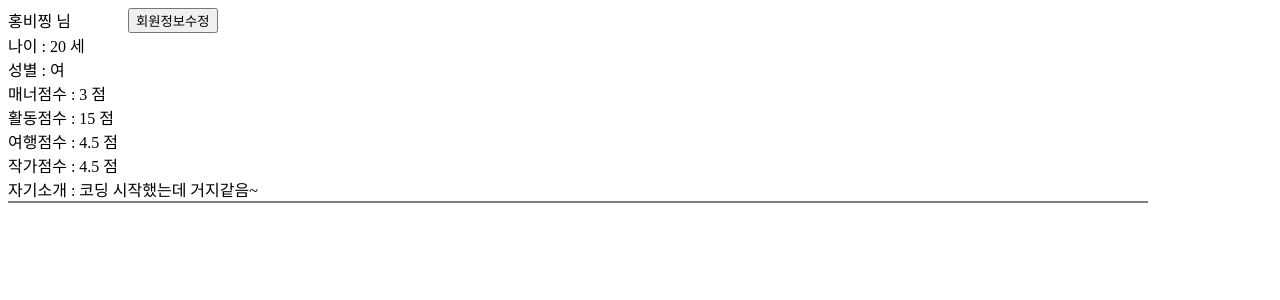
Repository: yhj4130/FinalProject
Page: http://localhost/TogatherProject/WEB-INF/tiles/layout/profile.jsp
These files come from the project's save history. The page is drawn as it stood at one moment and after the next save; the edit follows.
The browser window is 1280 px wide. The pictures show the whole page.
The page is served by Tomcat 9. Nobody is signed in. Other server files are loaded and not shown. The template is opened directly, without the code that normally fills it, so the values that code supplies are empty.

Above is the page before, as saved 2019-07-10 08:15:54.

### TogatherProject/src/main/webapp/WEB-INF/tiles/layout/profile.jsp
<%@ page language="java" contentType="text/html; charset=UTF-8"
	pageEncoding="UTF-8"%>


<div class="panel">
	<div class="panel-body">
		<div class="panel-top">
			<div style="width: 120px; float: left;"><span>홍비찡 님</span></div>
			<div class="modifyMy">
				<input type="button" onmouseout="change2(this)"
					onmouseover="change1(this)" value="회원정보수정" class="modifyB">
			</div>
		</div>
		<div class="panel-center">
			<div class="panel-info">
				<span>나이 : 20 세</span>
			</div>
			<div class="panel-info">
				<span>성별 : 여</span>
			</div>
			<div class="panel-info">
				<span>매너점수 : 3 점</span>
			</div>
			<div class="panel-info">
				<span>활동점수 : 15 점</span>
			</div>
			<div class="panel-info">
				<span>여행점수 : 4.5 점</span>
			</div>
			<div class="panel-info">
				<span>작가점수 : 4.5 점</span>
			</div>
		</div>
		<div class="panel-bottom">
			<div class="intro">
				<span>자기소개 : 코딩 시작했는데 거지같음~</span>
			</div>
		</div>

	</div>

	<div style="width: 1140px; border-top: 2px solid gray;"></div>
</div>

After the next save:
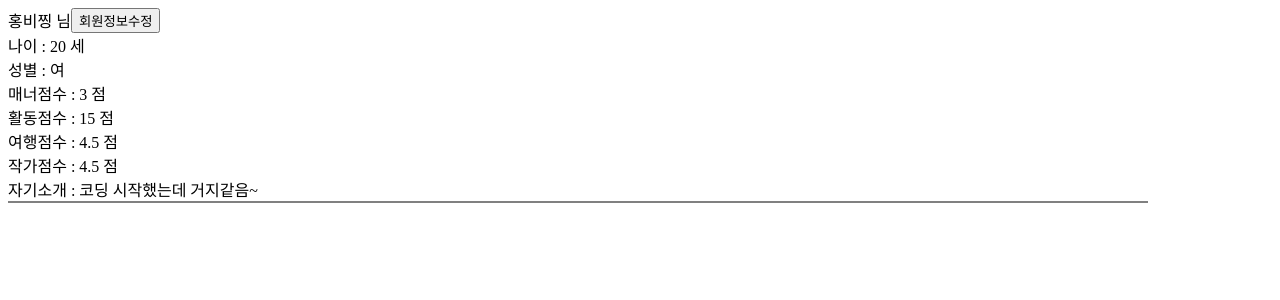
Saved 30 h 36 min later.
--- a/TogatherProject/src/main/webapp/WEB-INF/tiles/layout/profile.jsp
+++ b/TogatherProject/src/main/webapp/WEB-INF/tiles/layout/profile.jsp
@@ -5,7 +5,7 @@
 <div class="panel">
 	<div class="panel-body">
 		<div class="panel-top">
-			<div style="width: 120px; float: left;"><span>홍비찡 님</span></div>
+			<div style="float: left;"><span>홍비찡 님</span></div>
 			<div class="modifyMy">
 				<input type="button" onmouseout="change2(this)"
 					onmouseover="change1(this)" value="회원정보수정" class="modifyB">
